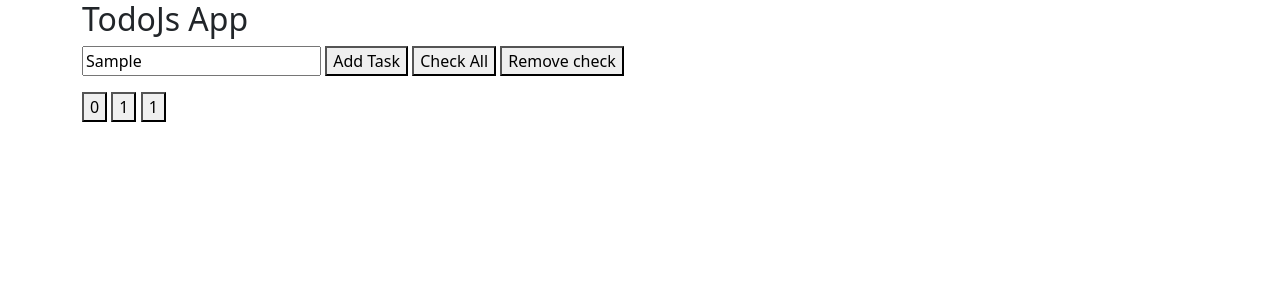
Repository: VladimirKasyanov/Todo
Page: index.html
An editor plug-in stored every save of this project. The page is shown before and after the next save, followed by the edit.
The browser window is 1280 px wide. The pictures show the whole page.
Empty fields were first filled with sample values (such as "Sample", 5 or name@example.com).
After loading, the first visible `button.add` was clicked once.

Above is the page before, as saved 2024-05-31 13:49:58.
Console error: RangeError: Maximum call stack size exceeded

### index.html
<!DOCTYPE html>
<html lang="en">
  <head>
    <meta charset="utf-8" />
    <meta name="viewport" content="width=device-width, initial-scale=1" />
   <link rel="stylesheet" href="styles.css">
    <link
      href="https://cdn.jsdelivr.net/npm/bootstrap@5.3.3/dist/css/bootstrap.min.css"
      rel="stylesheet"
      integrity="sha384-QWTKZyjpPEjISv5WaRU9OFeRpok6YctnYmDr5pNlyT2bRjXh0JMhjY6hW+ALEwIH"
      crossorigin="anonymous"
    />
    <title>TodoJs App</title>
  </head>
  <body>
    <div class="container">
      <h2>TodoJs App</h2>
      <form>
        <input type="text" class="input__box" />
        <button type="button" class="add">Add Task</button>
        <button type="button" onclick="checkAll()" class="check-all">
          Check All
        </button>
        <button type="button" onclick="removeCheck()" class="remove-check">
          Remove check
        </button>
      </form>
      <div class="todo__li">
        <ul class="list"></ul>
        <div class="all-button" type="button" >
          <button id="completed" >completed(0)</button>
          <button id="active" >active(0)</button>
          <button id="all" type="focus" >All(0)</button>
        <div>
      </div>
    </div>
    <script
      src="https://cdn.jsdelivr.net/npm/bootstrap@5.3.3/dist/js/bootstrap.bundle.min.js"
      integrity="sha384-YvpcrYf0tY3lHB60NNkmXc5s9fDVZLESaAA55NDzOxhy9GkcIdslK1eN7N6jIeHz"
      crossorigin="anonymous"
    ></script>
    <script src="todo.js"></script>
  </body>
</html>

### styles.css
.completed {
display:
}
.inc {
    display:
}
.all{
    display:
}

### todo.js
const form = document.querySelector("form");
const inputBox = document.querySelector(".input__box");
const addButton = document.querySelector(".add");
const list = document.querySelector(".list");
const label = document.querySelector(".span");
const newInput = document.querySelector(".new-input");
const totalCounter = document.getElementById("all");
const completedCounter = document.getElementById("completed");
const incompleteCounter = document.getElementById("active");
const allButton = document.querySelector(".all-button")

const keyEnter = "Enter"
const keyEscape = "Escape"


let todoList = [];
let condition = "all"
// let completedCount = 0;
// let incompleteCount = 0;

const task = (event) => {
  event.preventDefault();
  const inputText = inputBox.value.trim()
  if (inputText === "" || inputText === null) return;
  let newTodo = {
    description: inputBox.value,
    checked: false,
    id: Date.now(),
  };

  todoList.push(newTodo);
  console.log(todoList);
  displayList(todoList);
  inputBox.value = "";

};



const displayList = () => {

  list.innerHTML = "";
  todoList.forEach((item) => {
    list.innerHTML += `
<li id ='${item.id}'>
<input class = 'check' type='checkBox' id='${item.id}' ${
      item.checked ? "checked" : ""
    }>
<span class='some-text'>${item.description}</span>
  <input class='new-input' type= 'text' value='${item.description.replace(/\s+/g, '')}' hidden></input>
<button type='delete' class='del' id='${item.id}' >x</button>
</li>

`;
// completedTab();

});
updateCounters();
completedTab();
// document.getElementById("total-counter").textContent.todoList.length
};

// const counter = () => {
//     console.log(todoList.length)

//   displayList(todoList)
// }

const toggleTodo = (event) => {
  // todoList[index].checked = !todoList[index].checked;
  if(event.target.type == 'checkbox') {
    const todoId = event.target.id;
    todoList.forEach((item) => {
      if (item.id === Number(todoId)) {
        item.checked = !item.checked;
      }
    })
  }
   updateCounters();
  // displayList(todoList);
};




const checkAll = () => {
  todoList.forEach((todo) => {
    todo.checked = !todo.checked;
  });
  displayList();
};


// const filterTodo = () => {
//   switch (condition) {
//     case 'active':
//     return todoList.filter((todo) => !todo.isChecked);
// }
// }

const updateCounters = () => {
  const completedCount = todoList.filter((item) => item.checked).length;
  const incompleteCount = todoList.length - completedCount;

  completedCounter.innerText = completedCount;
  incompleteCounter.innerText = incompleteCount;
  totalCounter.innerText = todoList.length;

}

const completedTab = () => {
  displayList(todoList);
  switch(condition) {
    case 'active':
    return todoList.filter((item) => !item.checked);

    case 'complete':
      return todoList.filter((item) => item.checked);

    default:
      return todoList
    };

  };



const removeCheck = () => {
  todoList = todoList.filter((todo) => !todo.checked);
  displayList(todoList);
};

function removeOnce(event) {
  const todoId = Number(event.target.parentElement.id);
  if (event.target.classList.contains("del")) {
    todoList = todoList.filter((todo) => todo.id !== todoId);
    displayList(todoList);
  }
}


const editNew = (elementId) => {
  const theElement = document.getElementById(elementId)
  const newText = theElement.children[2].value;
    if (newText === "" || newText === null) return
  // let todoText = event.target.parentNode.children[2].value;

  // console.log(todoList)

  todoList.forEach((item) => {
    if (item.id === Number(elementId)) {
        item.description = newText.trim()
    }

  })
  displayList(todoList);

  //  if (event.sourceCapabilities !== null) {
  //   if (todoText.trim() === '') {
  //   }
  //   displayList(todoList);
  // }
}

const addButtonEnter = (event) => {
    if (event.key === keyEnter) {
       task(event);
  }
};

const changeDescription = (event) => {
  if (event.target.classList.contains("some-text")) {
    const {children} = event.target.parentNode
    children[1].hidden = true
    children[2].hidden = false
    children[2].focus()
  }
};

const changeDescriptionFinish = (event) => {
    if (event.target.classList.contains("new-input")) {
      // console.log(event)

      if (event.key === keyEnter){
        const todoId = Number(event.target.parentElement.id);
        console.log(todoId)
        // todoList.forEach((todo) => todo.id !== todoId);
        editNew(todoId);


      }
      if (event.key === keyEscape) {
        displayList(todoList)
      }
    }
  }


  // list.addEventListener("blur",changeDescriptionFinish)
  list.addEventListener("dblclick", changeDescription);
  list.addEventListener("click", removeOnce);
  list.addEventListener("click", toggleTodo);
  addButton.addEventListener("click", task);
  // console.log(typeof(li))
  list.addEventListener('keyup', changeDescriptionFinish);
  inputBox.addEventListener('keydown', addButtonEnter);
  list.addEventListener('click', completedTab);
  allButton.addEventListener('click',completedTab )
  // list.addEventListener('click', refillCounter)


// const changeDescription = (event) => {
//   const todoId = event.target.parentElement.id;
//   const todo = todoList.find((todo) => todo.id == todoId);

//   if (event.target.classList.contains("label")) {
//     const input = document.createElement("input");
//     input.type = "text";
//     input.value = todo.description;

//     input.addEventListener("blur", () => {
//       todo.description = input.value;
//       displayList(todoList);
//     });

//     event.target.replaceWith(input);
//     input.focus();
//   }
// };
// let itemId = event.target.id
// let index = todoList.findIndex((element) => element.id === itemId);
// delOnce.addEventListener("click", delOnce)
// for.forEach
// const removeOnce = (event) => {
//     delOnce.addEventListener("click", removeOnce);
//         let delOnce = todoList.findIndex((element) => element.id === event.target.id);
//             if (index !== -1) {
//                 todoList.splice(index, 1);

//             };
//             displayList(todoList);
//         };





          // todoList = todoList.filter((todo) => );
    // todoList.removeChild("li");
// checkAllButton.addEventListener("click", checkAll);
// removeComplete.addEventListener("click", removeAll);
// replace(/\s+/g, '') // space delete

// const changeDescriptionFinish = (event) => {
//   if (event.target.classList.contains("new-input")) {
//     const updatedDescription = event.target.value;
//     const todoId = Number(event.target.parentNode.id);
//     const todoIndex = todoList.findIndex((todo) => todo.id === todoId);

//     if (event.key === 'Enter') {
//       todoList[todoIndex].description = updatedDescription;
//       displayList(todoList);
//     } else if (event.key === 'Escape') {
//       event.target.value = todoList[todoIndex].description;
//     }
//   }
// };
// inputBox.addEventListener("keydown", (event) => {
//   if (event.key === "Enter") {
//     task(event);
//   }
// });

// const displayList = () => {
//   list.innerHTML = "";

//   todoList.forEach((item) => {
//     list.innerHTML += `
//       <li id='${item.id}'>
//         <input class='check' type='checkbox' id='${item.id}' ${
//       item.checked ? "checked" : ""
//     }>
//         <span class='some-text'>${item.description}</span>
//         <input class='new-input' type='text' hidden></input>
//         <button type='delete' class='del' id='${item.id}'>x</button>
//       </li>
//     `;

//     if (item.checked) {
//       completedCount++;
//     } else {
//       incompleteCount++;
//     }
//   });
//   document.getElementById("completed-counter").textContent = completedCount;
//   document.getElementById("incomplete-counter").textContent = incompleteCount;
//   document.getElementById("total-counter").textContent = todoList.length;
// };

// function editTask(event) {
//   if (event.target.classList.contains("some-text")) {
//     const { children } = event.target.parentNode;
//     children[1].hidden = true;
//     const editInput = children[2];
//     editInput.value = event.target.textContent;
//     editInput.hidden = false;
//     editInput.focus();
//   }
// }

// function finishEdit(event) {
//   if (event.target.classList.contains("new-input")) {
//     const todoId = Number(event.target.parentElement.id);
//     const editedTask = event.target.value.trim();
//     if (event.key === keyEnter && editedTask !== "") {
//       todoList = todoList.map((todo) =>
//         todo.id === todoId ? { ...todo, description: editedTask } : todo
//       );
//       displayList();
//     }
//     if (event.key === keyEscape) {
//       displayList();
//     }
//   }
// }


// const updateCounter =  () =>  {
//   // const counter = todoList.filter((item) => !item.check).length

//   // const unCount = todoList.filter((item) =>)
//   const completedCount = document.getElementById("completed-counter");
//   const incompleteCount = document.getElementById("incomplete-counter");
//   // const allButton = document.getElementById("total-counter")
//   incompleteCount.textContent = incompleteCount
//   // allButton = document.getElementById("total-counter")
//   allButton.textContent = ` (${todoList.length}) `
//   // (${todoList.length});
// displayList(todoList);
// };

After the next save:
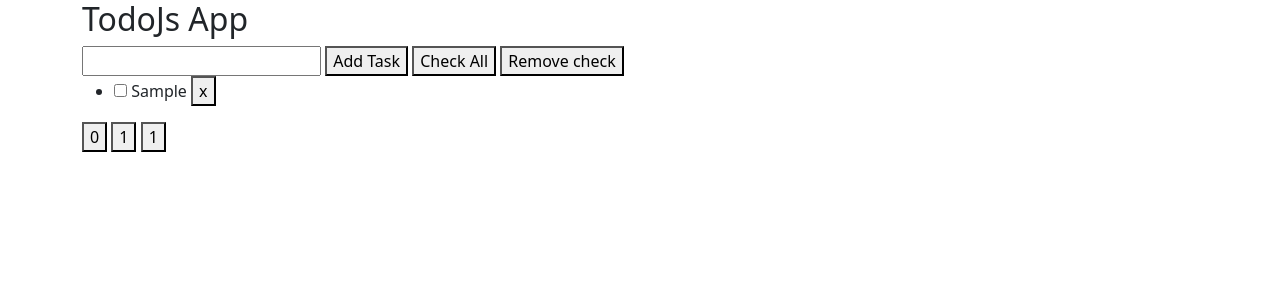
The error is gone.
Saved 53 s later.
--- a/todo.js
+++ b/todo.js
@@ -109,7 +109,7 @@ const updateCounters = () => {
 }
 
 const completedTab = () => {
-  displayList(todoList);
+
   switch(condition) {
     case 'active':
     return todoList.filter((item) => !item.checked);
@@ -119,6 +119,7 @@ const completedTab = () => {
 
     default:
       return todoList
+
     };
 
   };
